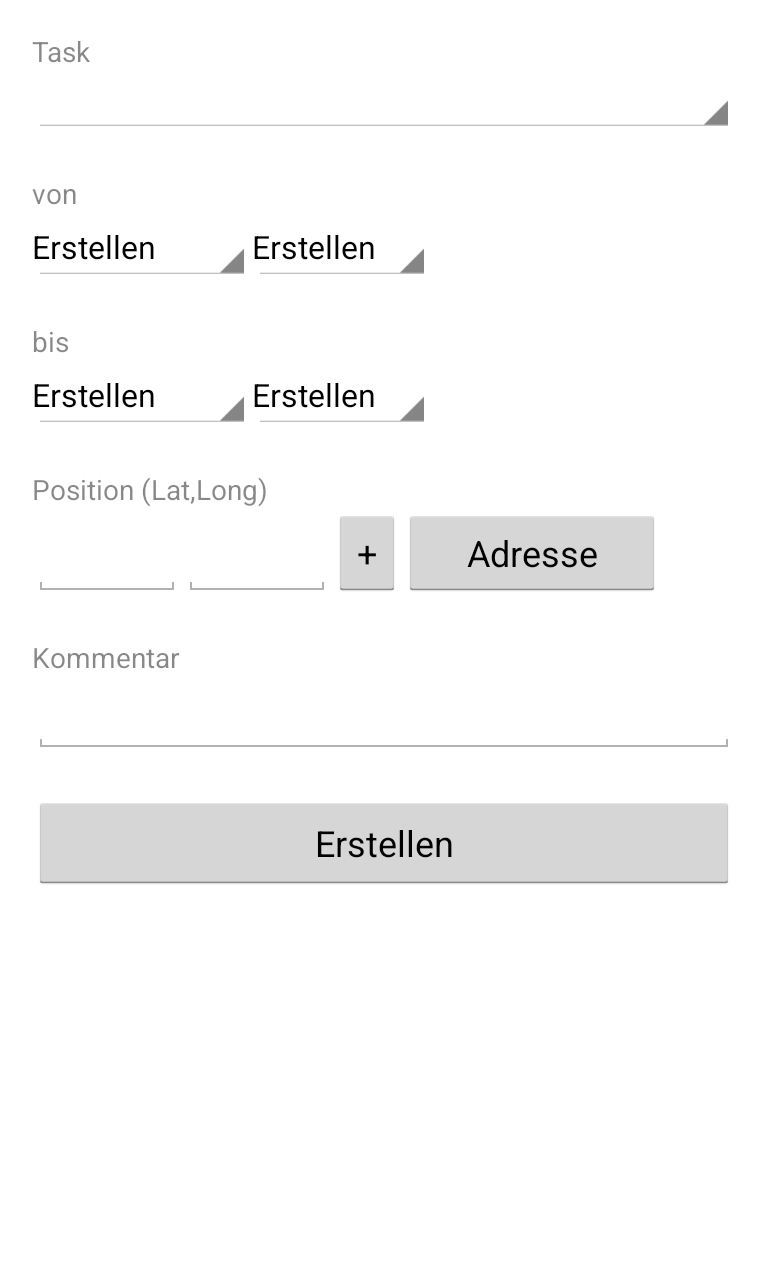
Repository: floriandrs/ttracker
Layout: TTracker/res/layout/activity_create_new_track.xml
The author's editor kept a copy of each file at every save. The layout is drawn from the files as they stood at one save, then again after the next save.
It is drawn on a 768 x 1280 px phone screen (xhdpi) without system bars, with theme AppTheme; the app's code is not run.

Above is the layout before, as saved 2015-02-25 19:49:19.

### TTracker/res/layout/activity_create_new_track.xml
<RelativeLayout xmlns:android="http://schemas.android.com/apk/res/android"
    xmlns:tools="http://schemas.android.com/tools"
    android:layout_width="match_parent"
    android:layout_height="match_parent"
    android:paddingBottom="@dimen/activity_vertical_margin"
    android:paddingLeft="@dimen/activity_horizontal_margin"
    android:paddingRight="@dimen/activity_horizontal_margin"
    android:paddingTop="@dimen/activity_vertical_margin"
    tools:context="com.slart.ttracker.activitiy.EditTrackActivity" >

    <TextView
        android:id="@+id/trackLabel"
        android:text="@string/track"
        style="@style/FormLabel"
        android:layout_marginTop="0dp" />

    <Spinner
        android:id="@+id/track"
        android:layout_width="match_parent"
        android:layout_height="wrap_content"
        android:layout_below="@id/trackLabel" />

    <TextView
        android:id="@+id/startLabel"
        android:layout_below="@id/track"
        android:text="@string/from"
        style="@style/FormLabel" />

    <Button
        android:id="@+id/startDate"
        android:layout_width="110dp"
        android:layout_height="35dp"
        android:layout_below="@id/startLabel"
        style="?android:attr/spinnerStyle"
        android:text="@string/create"
        android:onClick="setStartDate" />

    <Button
        android:id="@+id/startTime"
        android:layout_width="90dp"
        android:layout_height="35dp"
        android:layout_below="@id/startLabel"
        android:layout_toRightOf="@id/startDate"
        style="?android:attr/spinnerStyle"
        android:text="@string/create"
        android:onClick="setStartTime" />

    <TextView
        android:id="@+id/endLabel"
        android:layout_below="@id/startTime"
        android:text="@string/to"
        style="@style/FormLabel" />


    <Button
        android:id="@+id/endDate"
        android:layout_width="110dp"
        android:layout_height="35dp"
        android:layout_below="@id/endLabel"
        style="?android:attr/spinnerStyle"
        android:text="@string/create"
        android:onClick="setEndDate" />

    <Button
        android:id="@+id/endTime"
        android:layout_width="90dp"
        android:layout_height="35dp"
        android:layout_below="@id/endLabel"
        android:layout_toRightOf="@id/endDate"
        style="?android:attr/spinnerStyle"
        android:text="@string/create"
        android:onClick="setEndTime" />

    <TextView
        android:id="@+id/locationLabel"
        android:layout_below="@id/endTime"
        android:text="@string/location"
        style="@style/FormLabel" />

    <EditText
        android:id="@+id/lat"
        android:layout_width="75dp"
        android:layout_height="45dp"
        android:layout_below="@id/locationLabel" />

    <EditText
        android:id="@+id/lon"
        android:layout_width="75dp"
        android:layout_height="45dp"
        android:layout_below="@id/locationLabel"
        android:layout_toRightOf="@id/lat" />

    <Button
        android:id="@+id/locationButton"
        android:layout_width="35dp"
        android:layout_height="45dp"
        android:layout_below="@id/locationLabel"
        android:text="@string/location_update"
        android:onClick="onLocationUpdateButtonClick"
        android:layout_toRightOf="@id/lon" />

    <Button
        android:id="@+id/georefButton"
        android:layout_width="130dp"
        android:layout_height="45dp"
        android:layout_below="@id/locationLabel"
        android:text="@string/georef"
        android:onClick="onGeorefButtonClick"
        android:layout_toRightOf="@id/locationButton" />

    <TextView
        android:id="@+id/commentLabel"
        android:layout_below="@id/locationButton"
        android:text="@string/comment"
        style="@style/FormLabel" />

    <EditText
        android:id="@+id/comment"
        android:layout_below="@id/commentLabel"
        style="@style/FormWidthHeight" />

	<Button
        android:id="@+id/enter"
		android:layout_alignParentRight="true"
        android:layout_below="@id/comment"
        style="@style/FormTopMargin"
        android:text="@string/create"
        android:onClick="onCreateNewTrack" />


</RelativeLayout>

### TTracker/res/values/styles.xml
<resources>

    <!--
        Base application theme, dependent on API level. This theme is replaced
        by AppBaseTheme from res/values-vXX/styles.xml on newer devices.
    -->
    <style name="AppBaseTheme" parent="android:Theme.Light">
        <!--
            Theme customizations available in newer API levels can go in
            res/values-vXX/styles.xml, while customizations related to
            backward-compatibility can go here.
        -->
    </style>

    <!-- Application theme. -->
    <style name="AppTheme" parent="AppBaseTheme">
        <!-- All customizations that are NOT specific to a particular API-level can go here. -->
    </style>


    <style name="FormWidthHeight">
        <item name="android:layout_width">match_parent</item>
        <item name="android:layout_height">wrap_content</item>
    </style>

    <style name="FormTopMargin" parent="@style/FormWidthHeight">
        <item name="android:layout_marginTop">20dp</item>
    </style>

    <style name="FormLabel" parent="@style/FormTopMargin">
        <item name="android:textColor">#77000000</item>
        <item name="android:textSize">14dp</item>
    </style>

</resources>

### TTracker/res/values/strings.xml
<?xml version="1.0" encoding="utf-8"?>
<resources>

    <string name="app_name">TTracker</string>
    <string name="action_settings">Settings</string>
    <string name="hello_world">Hello world!</string>
    <string name="hello_blank_fragment">Hello blank fragment</string>
    <string name="title_activity_view_all_tracks">ViewAllTracksActivity</string>
    <string name="title_activity_edit_track">Neue Aktivitaet anlegen</string>
    <string name="title_activity_stats">StatsActivity</string>
    <string name="title_activity_stats_simple">StatsSimple</string>
    <string name="title_activity_stats_average">StatsAverageActivity</string>
    <string name="main_open_create_new_track_label">Start new</string>
    <string name="open_view_all">Track-Liste öffnen</string>
    <string name="open_time_filter_stats">Tracks pro Zeitraum</string>
    <string name="open_activity_stats">Analyse</string>
    <string name="open_activity_stats_simple">Summen pro Kategorie</string>
    <string name="open_activity_stats_average">Durchschnitt pro Kategorie</string>
    <string name="open_activity_view_all_categories">Kategorien verwalten</string>
    <string name="open_create_new_track">Neuen Track starten</string>
    <string name="close_current_track">Aktiven Track stoppen</string>
    <string name="update_current_track">Aktiven Track editieren</string>
    <string name="current_track_label">Aktiver Track:</string>
    <string name="create">Erstellen</string>
    <string name="created_category">Neue Kategorie wurde erstellt: </string>
    <string name="category_already_exists">Kategorie existiert bereits: </string>
    <string name="add">Hinzufügen</string>
    <string name="delete">Löschen</string>
    <string name="update">Aktualisieren</string>
    <string name="location_update">+</string>
    <string name="georef">Adresse</string>
    <string name="now">jetzt</string>
    <string name="today">heute</string>
    <string name="since">seit</string>
    <string name="empty">-</string>
    <string name="none">Kein aktiver Track</string>
    <string name="location">Position (Lat,Long)</string>
    <string name="comment">Kommentar</string>
    <string name="track">Task</string>
    <string name="from">von</string>
    <string name="to">bis</string>
    <string name="started_new_track">Neuer Track gestartet:</string>
    <string name="updated_track">Track aktualisiert:</string>
    <string name="update_track">Bearbeiten</string>
    <string name="delete_track">Löschen</string>
    <string name="export_track_to_calendar">Export an Kalender</string>
    <string name="view_track_in_map">In Karte ansehen</string>

    <string name="no_network">Keine Netzwerkverbindung!</string>
    <string name="address_lookup_start">Adresse wird georeferenziert...</string>
    <string name="lat_or_lon_must_be_set">Lat und Lon müssen ausgefüllt sein</string>
    <string name="address_lookup_finish">Adresse gefunden</string>
    <string name="invalid_geocoding_result">Adresse konnte nicht verarbeitet werden</string>
    <string name="web_error">Fehler beim laden der Seite</string>

    <string name="category_name">Kategorie-Name</string>

    <string-array name="tracks_array">
        <item>Programmieren</item>
        <item>Meeting</item>
        <item>Testing</item>
    </string-array>

    <string name="title_activity_edit_categories">EditCategoriesActivity</string>
    <string name="title_activity_edit_category">EditCategoryActivity</string>
    <string name="title_activity_view_all_categories">ViewAllCategoriesActivity</string>

</resources>

Loaded but not shown: TTracker/res/values-v11/styles.xml (common file); TTracker/res/values-v14/styles.xml (common file); TTracker/res/values/dimens.xml (common file); TTracker/res/values-w820dp/dimens.xml (common file)

After the next save:
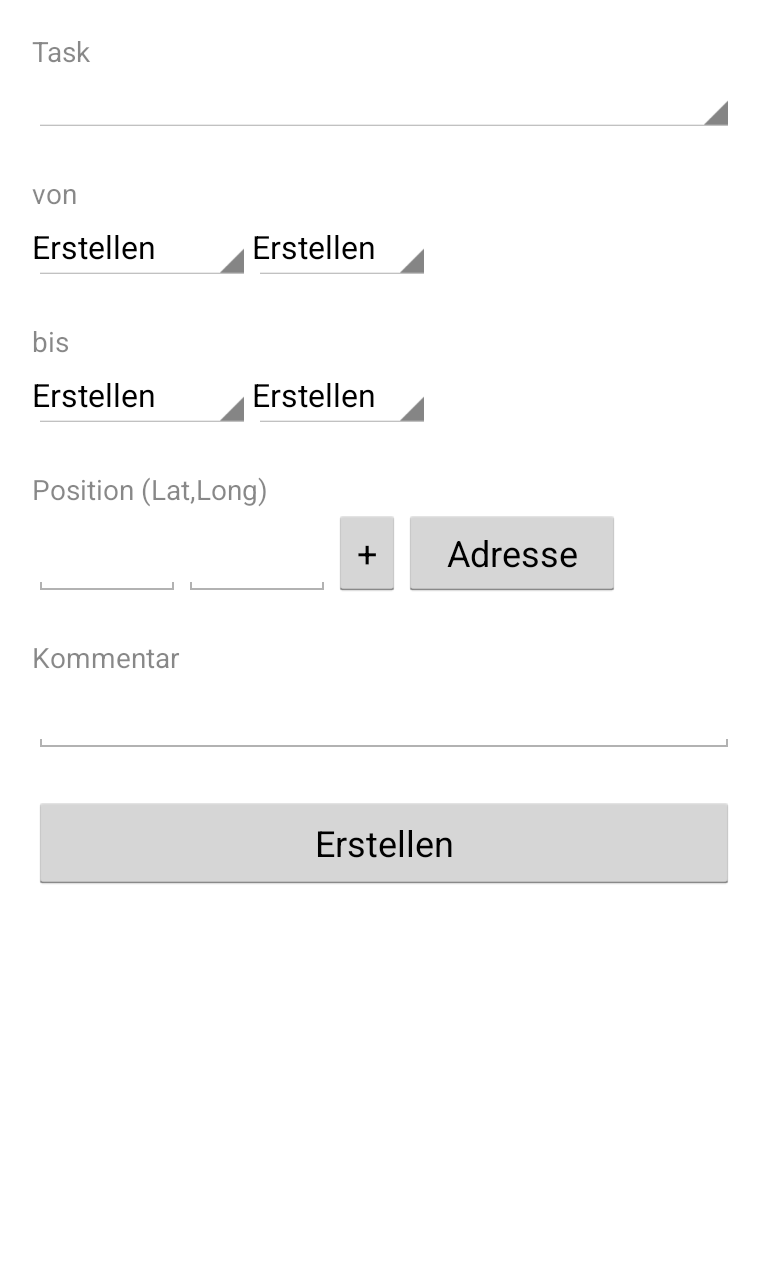
Saved 10 s later.
--- a/TTracker/res/layout/activity_create_new_track.xml
+++ b/TTracker/res/layout/activity_create_new_track.xml
@@ -101,7 +101,7 @@
 
     <Button
         android:id="@+id/georefButton"
-        android:layout_width="130dp"
+        android:layout_width="110dp"
         android:layout_height="45dp"
         android:layout_below="@id/locationLabel"
         android:text="@string/georef"
